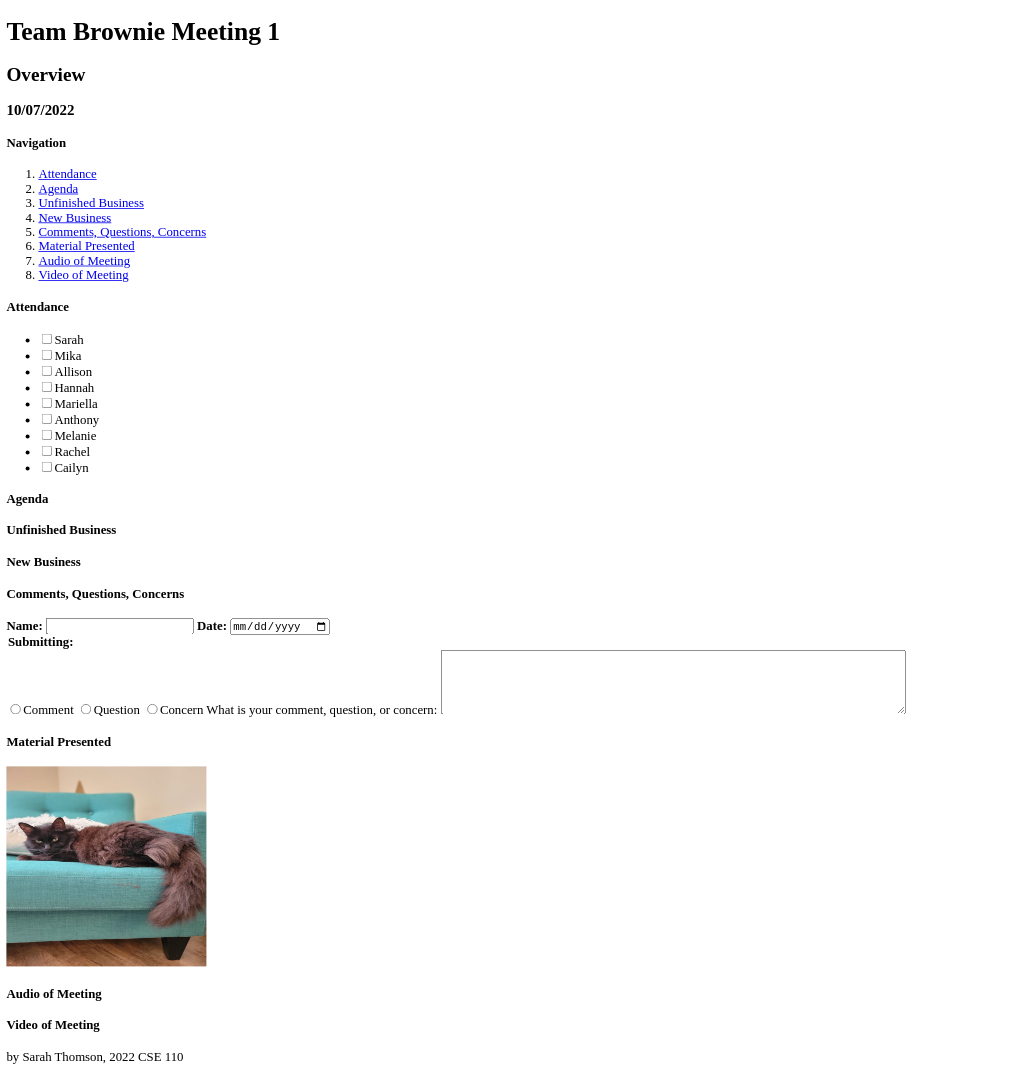
Repository: sarahtthomson/fa22-cse110-lab3
Page: index.html
These files come from the project's save history. The page is drawn as it stood at one moment and after the next save; the edit follows.
The browser window is 1280 px wide. The pictures show the whole page, at 80% of full size.

Above is the page before, as saved 2022-10-08 17:55:19.

After the next save:
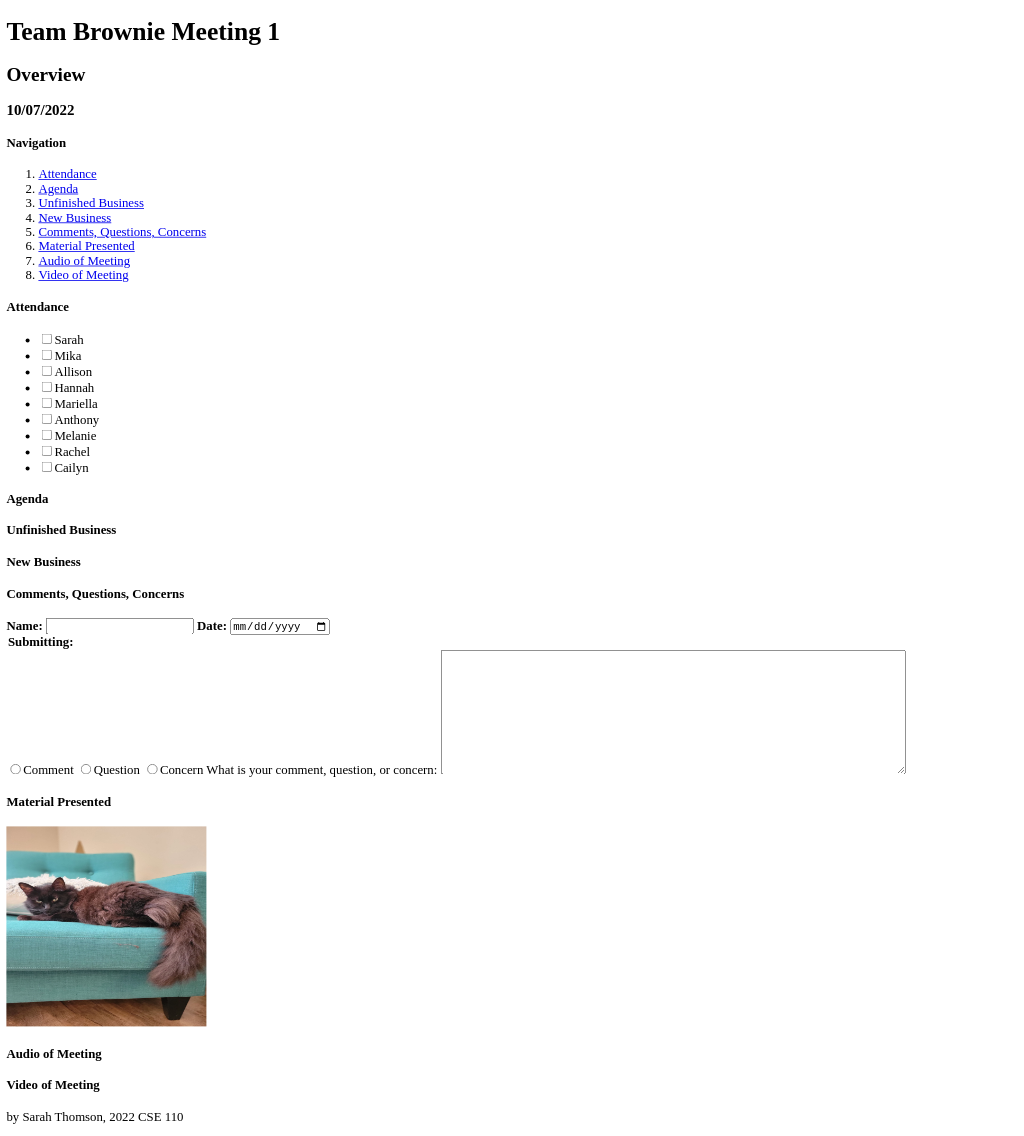
Saved 6 s later.
--- a/index.html
+++ b/index.html
@@ -61,7 +61,7 @@
                     <label><input type="radio" name="question">Question</label>
                     <label><input type="radio" name="concern">Concern</label>
                     <label for="textbox">What is your comment, question, or concern:</label>
-                    <textarea id="textbox" name="textbox" rows="5" cols="70"></textarea>
+                    <textarea id="textbox" name="textbox" rows="10" cols="70"></textarea>
                 </form>
             </div>
             <div class="Material" id="Material">
